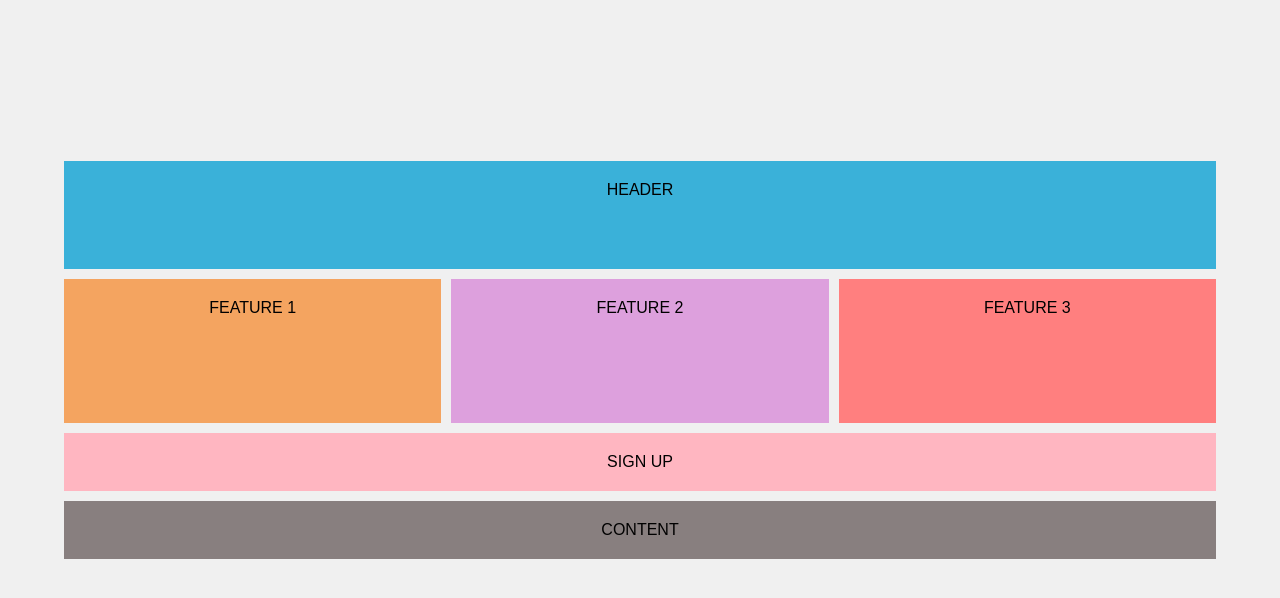
Repository: viveknaidu007/repo-152-FSD-InnomaticsTasksSep2024
Page: task_3/index.html
The author's editor kept a copy of each file at every save. The page is drawn from the files as they stood at one save, then again after the next save.
The browser window is 1280 px wide. The pictures show the whole page.

Above is the page before, as saved 2024-10-02 11:34:17.

### task_3/index.html
<!DOCTYPE html>
<html lang="en">
<head>
  <meta charset="UTF-8">
  <meta name="viewport" content="width=device-width, initial-scale=1.0">
  <title>Responsive Layout</title>
  <link rel="stylesheet" href="styles.css">
</head>
<body>
  <div class="container">
    <header class="header">HEADER</header>
    <div class="content">CONTENT</div>
    <div class="signup">SIGN UP</div>
    <div class="feature feature1">FEATURE 1</div>
    <div class="feature feature2">FEATURE 2</div>
    <div class="feature feature3">FEATURE 3</div>
  </div>
</body>
</html>

### task_3/styles.css
* {
    margin: 0;
    padding: 0;
    box-sizing: border-box;
  }

  body {
    font-family: Arial, sans-serif;
    display: flex;
    justify-content: center;
    align-items: center;
    height: 100vh;
    background-color: #f0f0f0;
  }



  .container {
    display: grid;
    grid-template-areas:
      "header"
      "content"
      "signup"
      "feature1"
      "feature2"
      "feature3";
    grid-template-columns: 1fr;
    gap: 10px;
    width: 90%;
    max-width: 1200px;
  }

  .header {
    grid-area: header;
    background-color: #3ab1d9;
    text-align: center;
    padding: 20px;
    position: static;
    height: 15vh;
  }

  .content {
    grid-area: content;
    background-color: #887f7f;
    text-align: center;
    padding: 20px;
  }

  .signup {
    grid-area: signup;
    background-color: #ffb6c1;
    text-align: center;
    padding: 20px;
  }

  .feature {
    background-color: #dda0dd;
    text-align: center;
    padding: 20px;
  }

  .feature1 {
    background-color: #f4a460;
    height:20vh;
  }

  .feature2 {
    background-color: #dda0dd;
    height:20vh
  }

  .feature3 {
    background-color: #ff7f7f;
  }


  @media(min-width: 768px) {
    .container {
      grid-template-areas:
        "header header"
        "content content"
        "signup feature1"
        "feature2 feature3";
      grid-template-columns: 1fr 1fr;
    }
  }

  @media(min-width: 1024px) {
    .container {
      grid-template-areas:
        "header header header"
        "feature1 feature2 feature3"
        "signup signup signup"
        "content content content";
      grid-template-columns: repeat(3, 1fr);
    }
  }

After the next save:
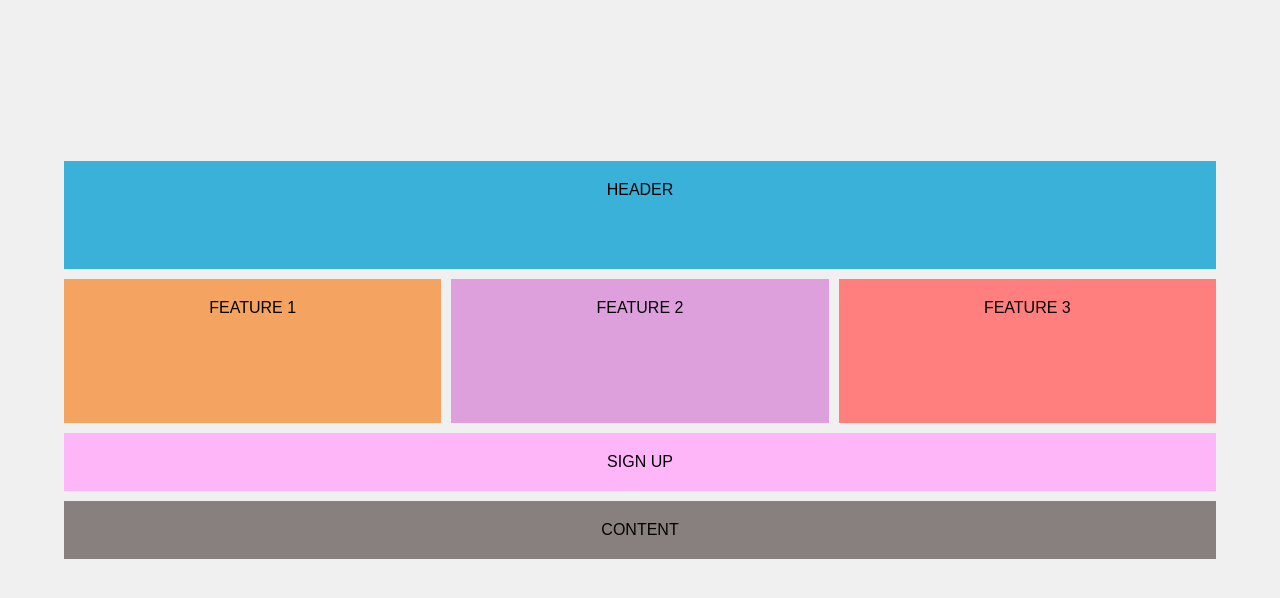
Saved 10 s later.
--- a/task_3/styles.css
+++ b/task_3/styles.css
@@ -48,7 +48,7 @@
 
   .signup {
     grid-area: signup;
-    background-color: #ffb6c1;
+    background-color: #ffb6f9;
     text-align: center;
     padding: 20px;
   }
